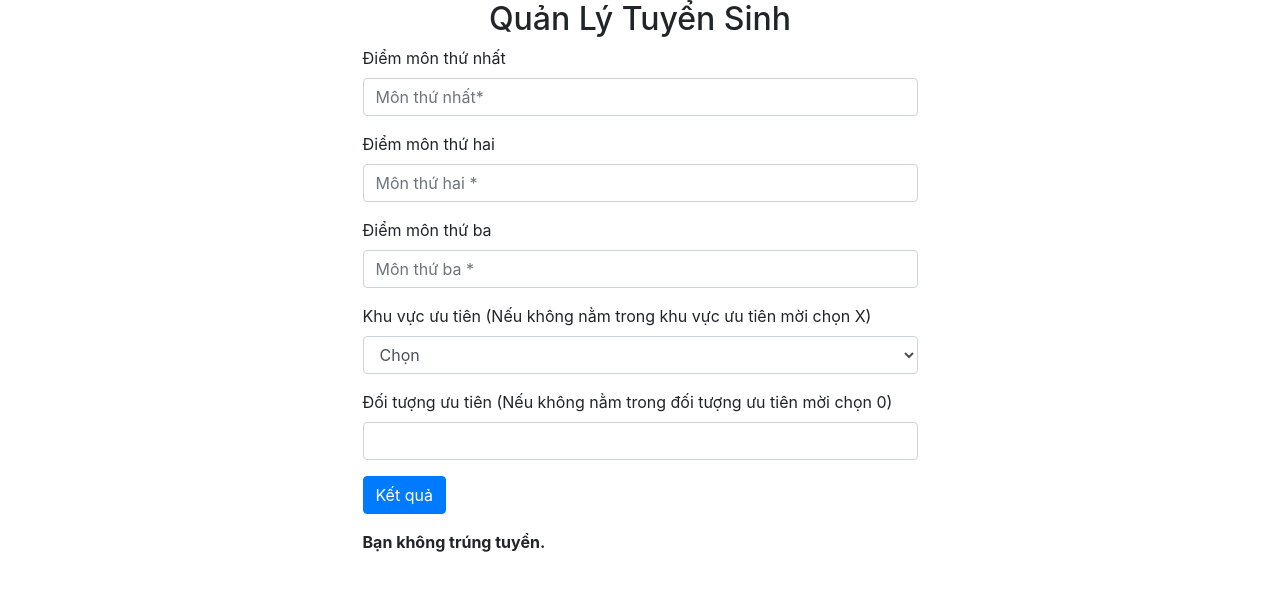
Repository: dovanthao2404/BC14_BaiTap_JS_Buoi_5_dovanthao
Page: html/bai1.html
These files come from the project's save history. The page is drawn as it stood at one moment and after the next save; the edit follows.
The browser window is 1280 px wide. The pictures show the whole page.

Above is the page before, as saved 2021-07-03 20:25:57.

### html/bai1.html
<!DOCTYPE html>
<html lang="en">

<head>
  <meta charset="UTF-8">
  <meta http-equiv="X-UA-Compatible" content="IE=edge">
  <meta name="viewport" content="width=device-width, initial-scale=1.0">
  <title>Document</title>

  <link rel="stylesheet" href="https://cdn.jsdelivr.net/npm/bootstrap@4.6.0/dist/css/bootstrap.min.css"
    integrity="sha384-B0vP5xmATw1+K9KRQjQERJvTumQW0nPEzvF6L/Z6nronJ3oUOFUFpCjEUQouq2+l" crossorigin="anonymous">
</head>

<body>

  <div class="container">
    <div class="admissions-manager">
      <form class="w-50 mx-auto">
        <h2 class="text-center">Quản Lý Tuyển Sinh</h2>
        <div class="form-group">
          <label for="scores-1">Điểm môn thứ nhất</label>
          <input class="form-control" type="text" placeholder="Môn thứ nhất*" id="scores-1">
          <span class="text-danger"></span>
        </div>
        <div class="form-group">
          <label for="scores-2">Điểm môn thứ hai</label>
          <input class="form-control" type="text" placeholder="Môn thứ hai *" id="scores-2">
          <span></span>
        </div>
        <div class="form-group">
          <label for="scores-3">Điểm môn thứ ba</label>
          <input class="form-control" type="text" placeholder="Môn thứ ba *" id="scores-3">
          <span></span>
        </div>
        <div class="form-group">

        </div>
        <div class="form-group">
          <label for="areaScores">Khu vực ưu tiên (Nếu không nằm trong khu vực ưu tiên mời chọn X)</label>
          <select class="form-control" id="area">
            <option selected>Chọn</option>
            <option>A</option>
            <option>B</option>
            <option>C</option>
            <option>X</option>
          </select>
          <span></span>
        </div>
        <div class="form-group">
          <label for="areaScores">Đối tượng ưu tiên (Nếu không nằm trong đối tượng ưu tiên mời chọn 0)</label>
          <input type="text" id="area" class="form-control">
          <span></span>
        </div>
        <button id="result" type="button" class="btn btn-primary">Kết quả</button>
      </form>
      <div class="mt-3 w-50 mx-auto">
        <b id="showResult">Bạn không trúng tuyển.</b>
      </div>
    </div>
  </div>
</body>

</html>

After the next save:
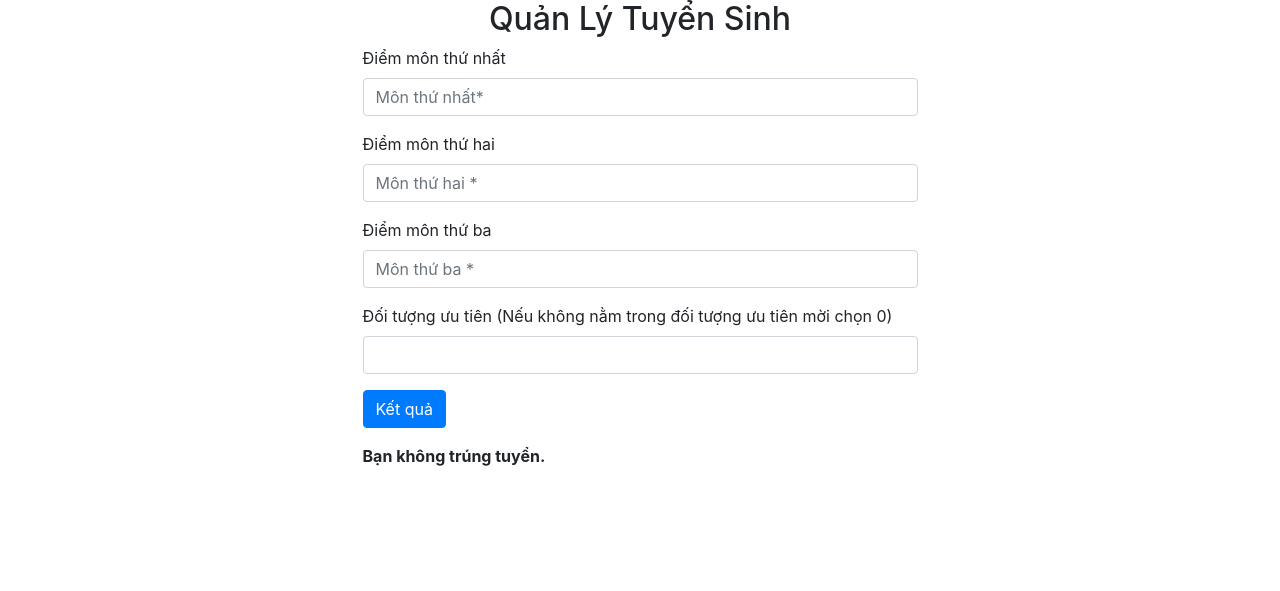
Saved 46 s later.
--- a/html/bai1.html
+++ b/html/bai1.html
@@ -36,17 +36,6 @@
 
         </div>
         <div class="form-group">
-          <label for="areaScores">Khu vực ưu tiên (Nếu không nằm trong khu vực ưu tiên mời chọn X)</label>
-          <select class="form-control" id="area">
-            <option selected>Chọn</option>
-            <option>A</option>
-            <option>B</option>
-            <option>C</option>
-            <option>X</option>
-          </select>
-          <span></span>
-        </div>
-        <div class="form-group">
           <label for="areaScores">Đối tượng ưu tiên (Nếu không nằm trong đối tượng ưu tiên mời chọn 0)</label>
           <input type="text" id="area" class="form-control">
           <span></span>
